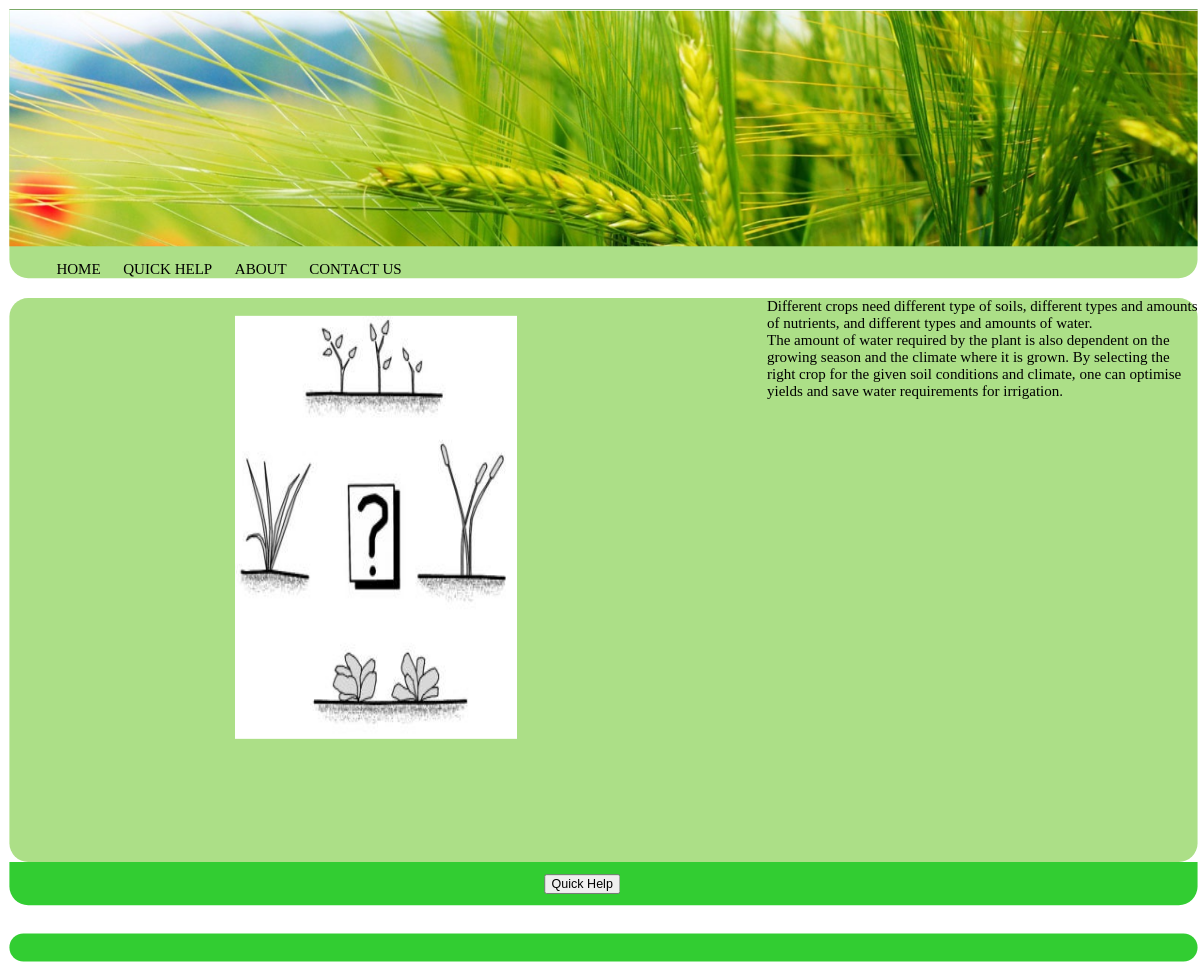
Repository: shivamtyagi1234/FarmoFriend
Page: http://localhost/FarmoFriend/
An editor plug-in stored every save of this project. The page is shown before and after the next save, followed by the edit.
The browser window is 1280 px wide. The pictures show the whole page, at 94% of full size.
The page is served by Tomcat 9.

Above is the page before, as saved 2019-11-03 07:10:35.

After the next save:
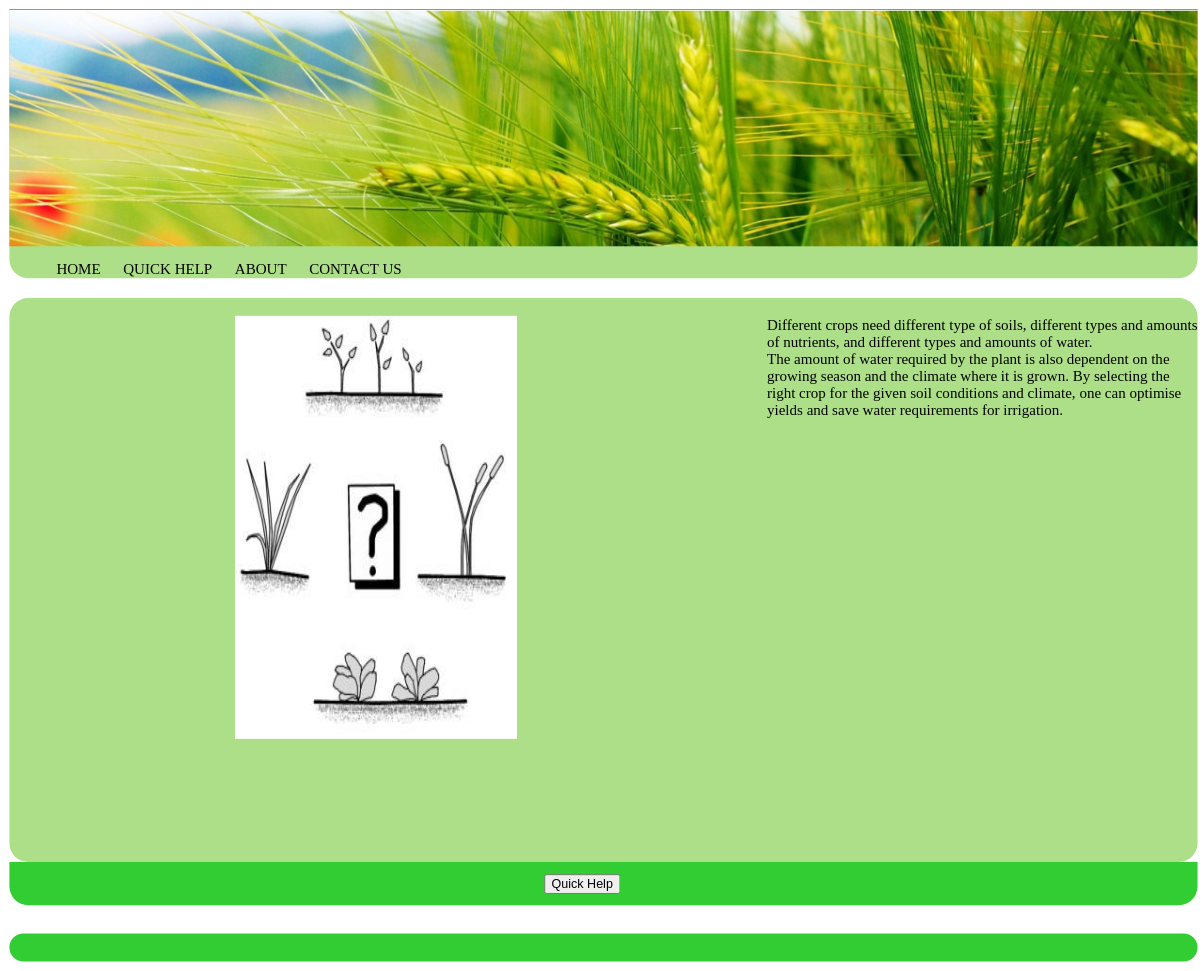
Saved 31 s later.
--- a/FarmoFriend/WebContent/home.jsp
+++ b/FarmoFriend/WebContent/home.jsp
@@ -76,7 +76,7 @@ height:30px;
 
 <div id="homeBody">
 	<div style="float: left; width: 50%"><img alt="home1" src="images\crop selection.jpg" ></div>
-	<div style="float: right; text-align: left;">
+	<div style="float: right; text-align: left; padding-top: 20px">
 	Different crops need different type of soils, different types and amounts
 	<br>of nutrients, and different types and amounts of water.
 	<br> The amount of water required by the plant is also dependent on the
